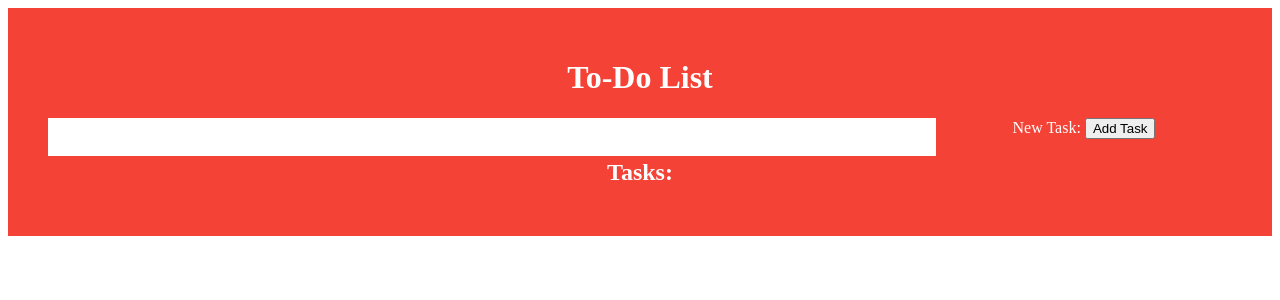
Repository: samoshi/To-do
Page: http://localhost/
These files come from the project's save history. The page is drawn as it stood at one moment and after the next save; the edit follows.
The browser window is 1280 px wide. The pictures show the whole page.
The page is served by the project's application, run on Flask 3 (app/app.py).

Above is the page before, as saved 2024-01-14 00:52:42.
Console error: TypeError: Cannot read properties of null (reading 'addEventListener')

After the next save:
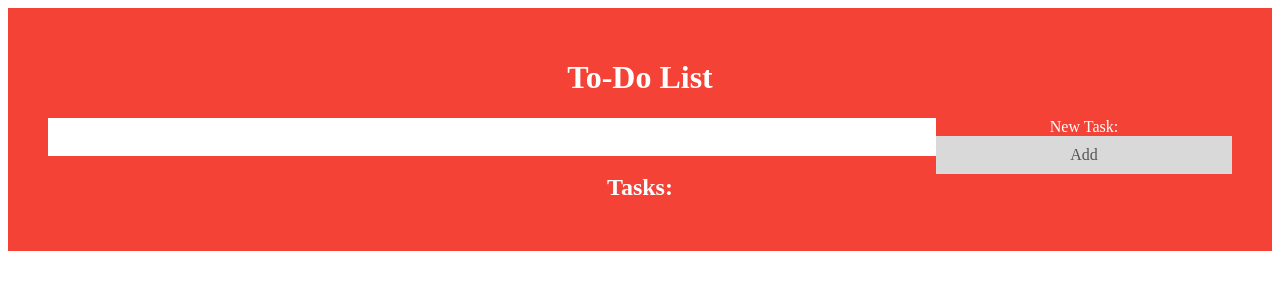
Saved 16 s later.
--- a/app/templates/index.html
+++ b/app/templates/index.html
@@ -16,7 +16,7 @@
         <form method="POST" action="{{ url_for('add_task') }}">
             <label for="description">New Task:</label>
             <input type="text" id="myInput" name="description" required>
-            <button type="submit">Add Task</button>
+            <span onclick="newElement()" class="addBtn">Add</span>
         </form>
 
         <h2>Tasks:</h2>
